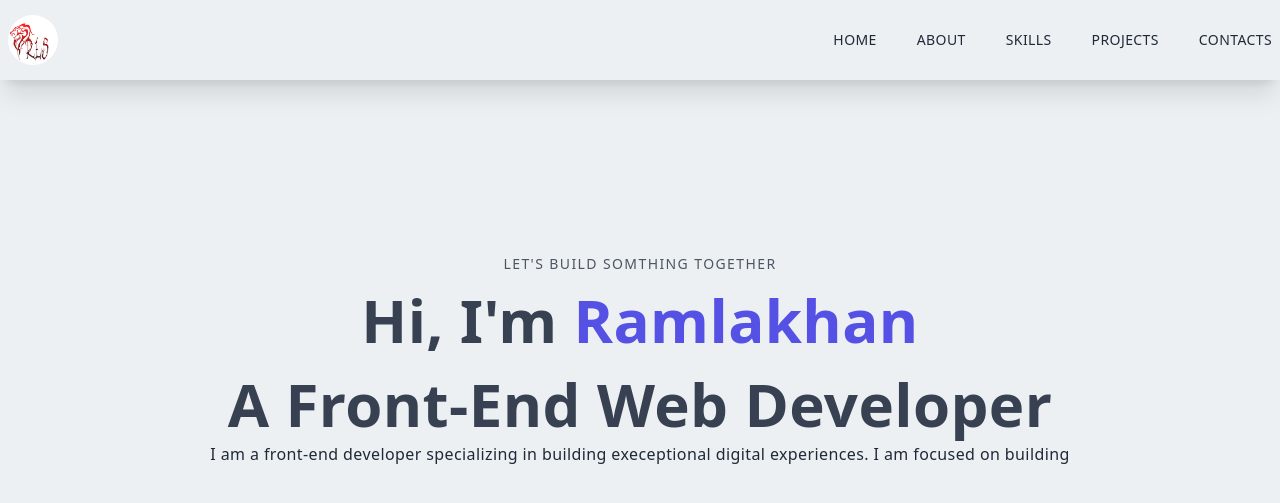
Repository: ram2642/portfolio-using-next-js
Page: /
These files come from the project's save history. The page is drawn as it stood at one moment and after a run of saves; the edit follows.
The browser window is 1280 px wide. The pictures show the whole page.
The project was rebuilt for these pictures with package versions that can differ from the ones it lists, and the page was loaded fresh each time. The framework's server and built-in components were replaced by stand-ins that run in the browser. Also part of the build but not shown: next.config.js.

Above is the page before, as saved 2022-09-04 01:55:54.

### pages/index.js
// import { Main } from 'next/document'
import Head from 'next/head'
import Image from 'next/image'
import Main from '../components/Main'
import Navbar from '../components/Navbar'


export default function Home() {
  return (
    <div className="">
      <Head>
        <title>Ramlakhan | Front-End Developer</title>
        <meta name="description" content="Generated by create next app" />
        <link rel="icon" href="/favicon.ico" />
      </Head>
      <Navbar/>
      <Main/>

    </div>
  )
}

### styles/globals.css
@tailwind base;
@tailwind components;
@tailwind utilities;


@layer base {
  body {
    @apply bg-[#ecf0f3] text-[#1f2937] tracking-wide
  }
  h1, h2, h3, h4, h5, h6 {
    @apply font-bold;
  }
  h1 {
    @apply text-4xl sm:text-5xl md:text-6xl;
  }
  h2 {
    @apply text-3xl sm:text-4xl;
  }
  li {
    @apply cursor-pointer;
  }
  button {
    @apply shadow-xl shadow-gray-400 rounded-xl uppercase bg-gradient-to-r from-[#5651e5] to-[#709dff] text-white
  }
  }

### components/Main.jsx
import React from 'react'

const Main = () => {
  return (
    <div className='w-full h-screen text-center'>
   <div className='max-w-[1240px] w-full h-full mx-auto p-2 flex justify-center items-center'>
    <div>
      <p className='uppercase text-sm tracking-widest text-gray-600'>Let's build somthing together</p>
      <h1 className='py-4 text-gray-700'>
        Hi, I'm <span className='text-[#5651e5]'> Ramlakhan</span>
      </h1>
      <h1 className='py-2 text-gray-700'>
        A Front-End Web Developer
      </h1>
      <p>
        I am a front-end developer specializing in building execeptional digital experiences. I am focused on building
      </p>
    </div>

   </div>
    </div>
  )
}

export default Main

### components/Navbar.jsx
import Image from "next/image";
import React, { useState } from "react";
import Link from "next/link";
import { AiOutlineClose, AiOutlineMenu, AiOutlineMail } from "react-icons/ai";
import { FaLinkedinIn, FaGithub } from "react-icons/fa";
import { BsFillPersonLinesFill } from "react-icons/bs";

const Navbar = () => {
  const [nav, setNav] = useState(false);

  const handleNav = () => {
    setNav(!nav);
  };
  return (
    <div className="fixed w-full h-20 shadow-xl z-[100]">
      <div className="flex justify-between items-center w-full h-full px-2 2xl:px-16">
        <Image
          className="rounded-full cursor-pointer"
          src="data:[embedded picture, 6010 characters]"
          alt=""
          width="50"
          height="50"
        />
        <div>
          <ul className="hidden md:flex">
            <Link href="/">
              <li className="ml-10 text-sm uppercase hover:border-b">Home</li>
            </Link>
            <Link href="/">
              <li className="ml-10 text-sm uppercase hover:border-b">About</li>
            </Link>
            <Link href="/">
              <li className="ml-10 text-sm uppercase hover:border-b">Skills</li>
            </Link>
            <Link href="/">
              <li className="ml-10 text-sm uppercase hover:border-b">
                Projects
              </li>
            </Link>
            <Link href="/">
              <li className="ml-10 text-sm uppercase hover:border-b">
                Contacts
              </li>
            </Link>
          </ul>
          <div onClick={handleNav} className="md:hidden cursor-pointer">
            <AiOutlineMenu size={25} />
          </div>
        </div>
      </div>
      <div className={nav ? 'md:hidden fixed left-0 top-0 w-full h-screen bg-black/70' : ''}>
        <div className={nav ? "fixed left-0 top-0 w-[75%] sm:w-[60%] md:w-[45%] h-screen bg-[#ecf0f3] p-10 ease-in duration-500" : "fixed left-[-100%] top-0  p-10 ease-in duration-500"}>
          <div>
            <div className="flex w-full items-center justify-between">
              <Image
                className="rounded-full cursor-pointer"
                src="data:[embedded picture, 6010 characters]"
                alt=""
                width="50"
                height="50"
              />
              <div onClick={handleNav} className="rounded-full shadow-lg shadow-gray-400 p-3 cursor-pointer">
                <AiOutlineClose />
              </div>
            </div>
            <div className="border-b border-gray-300 my-4">
              <p className="w-[85%] md:w-[905] PY-4">
                Let's builds something legendary together
              </p>
            </div>
          </div>
          <div className="py-4 flex flex-col">
            <ul className="uppercase">
              <Link href="/">
                <li className="py-4 text-sm">Home</li>
              </Link>
              <Link href="/">
                <li className="py-4 text-sm">About</li>
              </Link>
              <Link href="/">
                <li className="py-4 text-sm">Skills</li>
              </Link>
              <Link href="/">
                <li className="py-4 text-sm">Projects</li>
              </Link>
              <Link href="/">
                <li className="py-4 text-sm">Contacts</li>
              </Link>
            </ul>
            <div className="pt-40">
              <p className="uppercase tracking-widest text-[#5651e5]">
                Let's Connect
              </p>
              <div className="flex items-center justify-between my-4 w-full sm:w-[80%]">
                <div className="rounded-full shadow-lg shadow-gray-400 p-3 cursor-pointer hover:scale-105 ease-in duration-300">
                  <FaLinkedinIn />
                </div>
                <div className="rounded-full shadow-lg shadow-gray-400 p-3 cursor-pointer hover:scale-105 ease-in duration-300">
                  <FaGithub />
                </div>
                <div className="rounded-full shadow-lg shadow-gray-400 p-3 cursor-pointer hover:scale-105 ease-in duration-300">
                  <AiOutlineMail />
                </div>
                <div className="rounded-full shadow-lg shadow-gray-400 p-3 cursor-pointer hover:scale-105 ease-in duration-300">
                  <BsFillPersonLinesFill />
                </div>
              </div>
            </div>
          </div>
        </div>
      </div>
    </div>
  );
};

export default Navbar;

Loaded but not shown: pages/_app.js (common file); tailwind.config.js (common file)

After the next 2 saves:
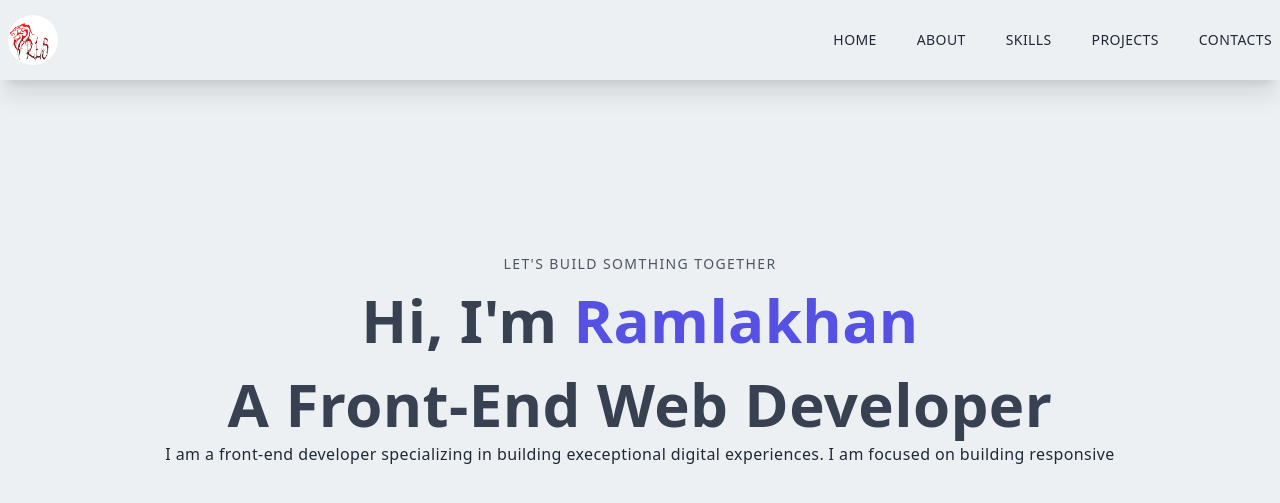
The 2 saves are shown as one change because they came seconds apart.
The last was saved 7 s later.
--- a/components/Main.jsx
+++ b/components/Main.jsx
@@ -13,7 +13,7 @@ const Main = () => {
         A Front-End Web Developer
       </h1>
       <p>
-        I am a front-end developer specializing in building execeptional digital experiences. I am focused on building
+        I am a front-end developer specializing in building execeptional digital experiences. I am focused on building responsive
       </p>
     </div>
 
